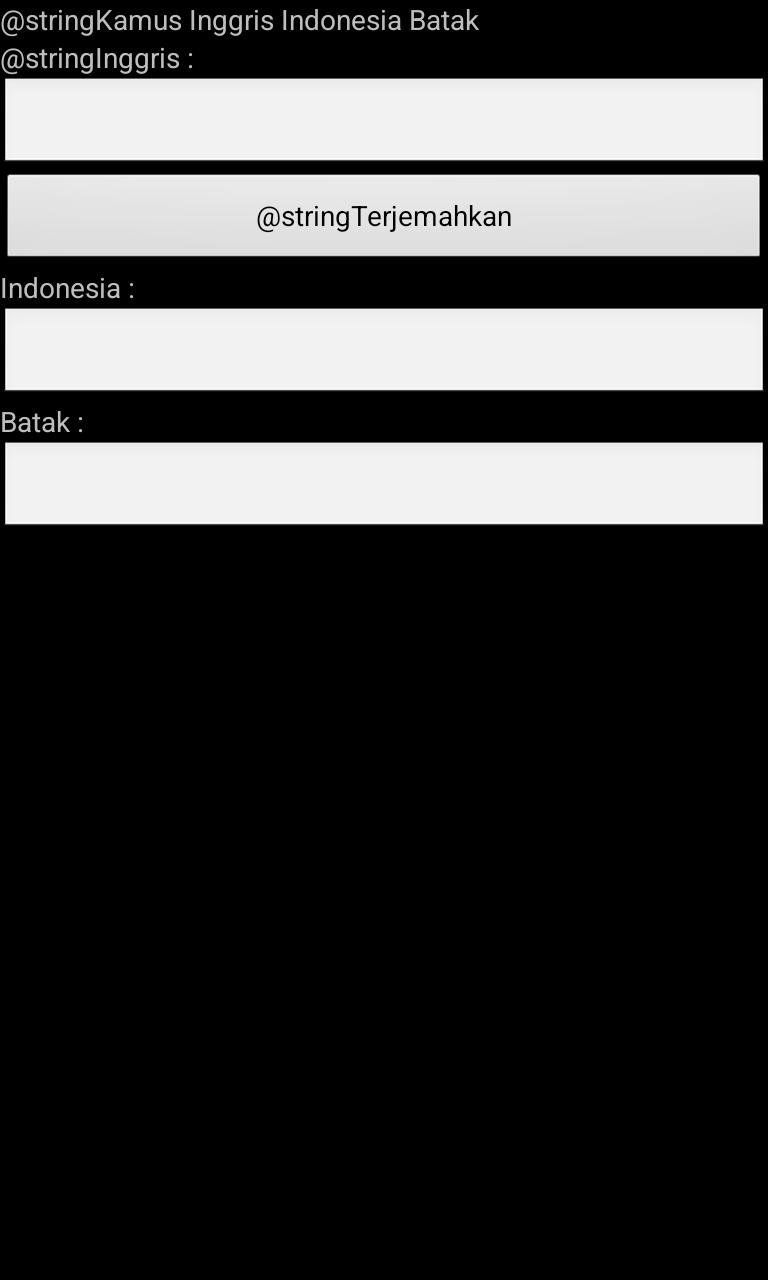
Repository: AndenWano/kamusbahasaindonesia
Layout: KamusKomputer/Kamus/res/layout/activity_show_kamus.xml
These files come from the project's save history. The layout is drawn as it stood at one moment and after the next save; the edit follows.
It is drawn on a 768 x 1280 px phone screen (xhdpi) without system bars, with theme android:Theme; the app's code is not run.

Above is the layout before, as saved 2014-12-21 10:14:13.

After the next save:
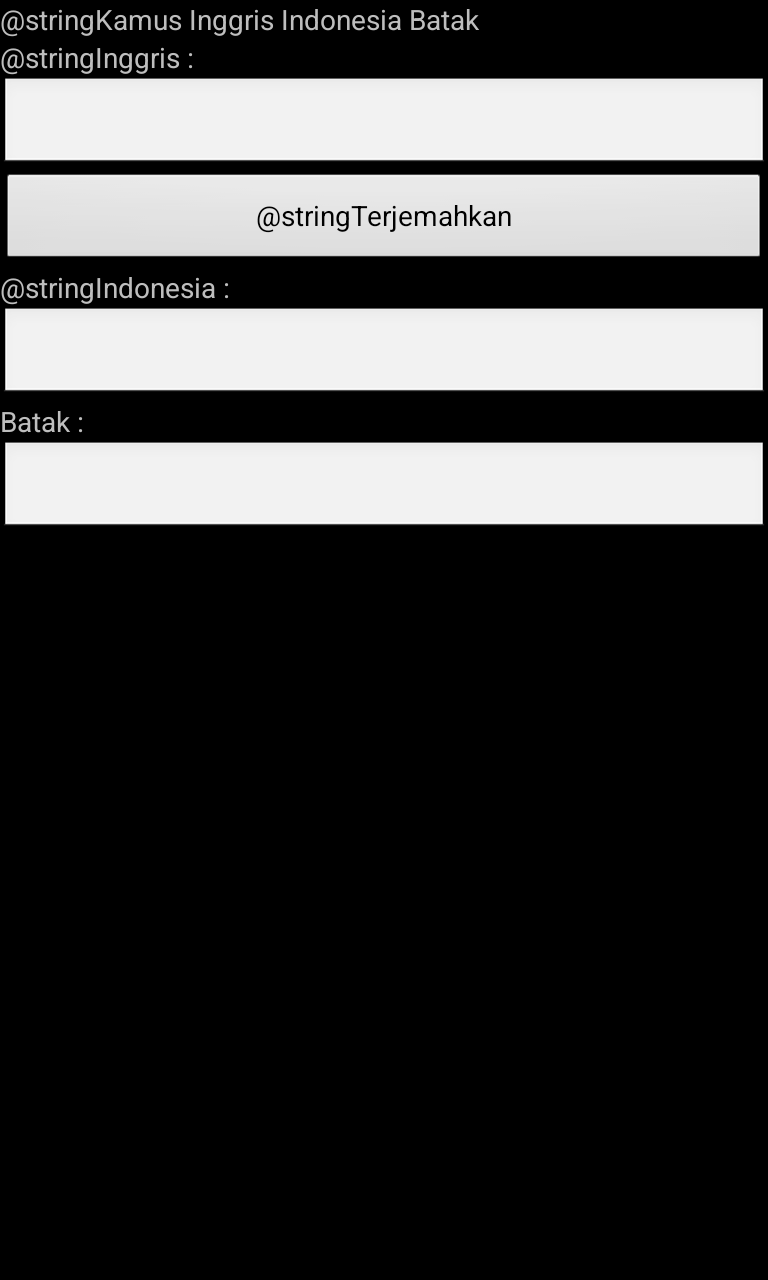
Saved 4 s later.
--- a/KamusKomputer/Kamus/res/layout/activity_show_kamus.xml
+++ b/KamusKomputer/Kamus/res/layout/activity_show_kamus.xml
@@ -30,7 +30,7 @@ android:layout_height="wrap_content"
 android:onClick="getTerjemahan"
 />
 <TextView
-android:text="Indonesia :"
+android:text="@stringIndonesia :"
 android:id="@+id/TextView03"
 android:layout_width="wrap_content"
 android:layout_height="wrap_content"
